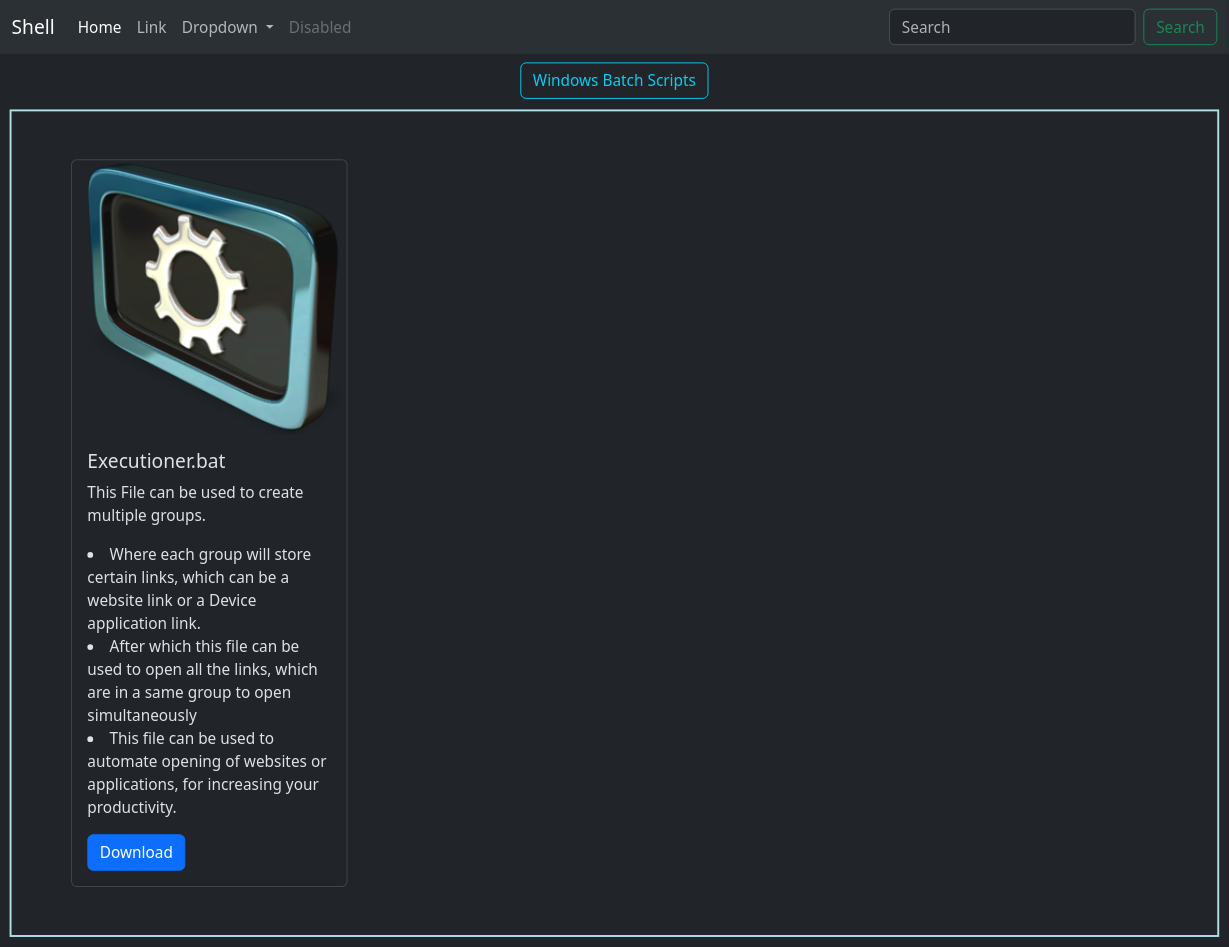
Repository: VictoriousMango/Archive
Page: index.html
The author's editor kept a copy of each file at every save. The page is drawn from the files as they stood at one save, then again after the next save.
The browser window is 1280 px wide. The pictures show the whole page, at 96% of full size.

Above is the page before, as saved 2024-06-06 00:58:00.

After the next save:
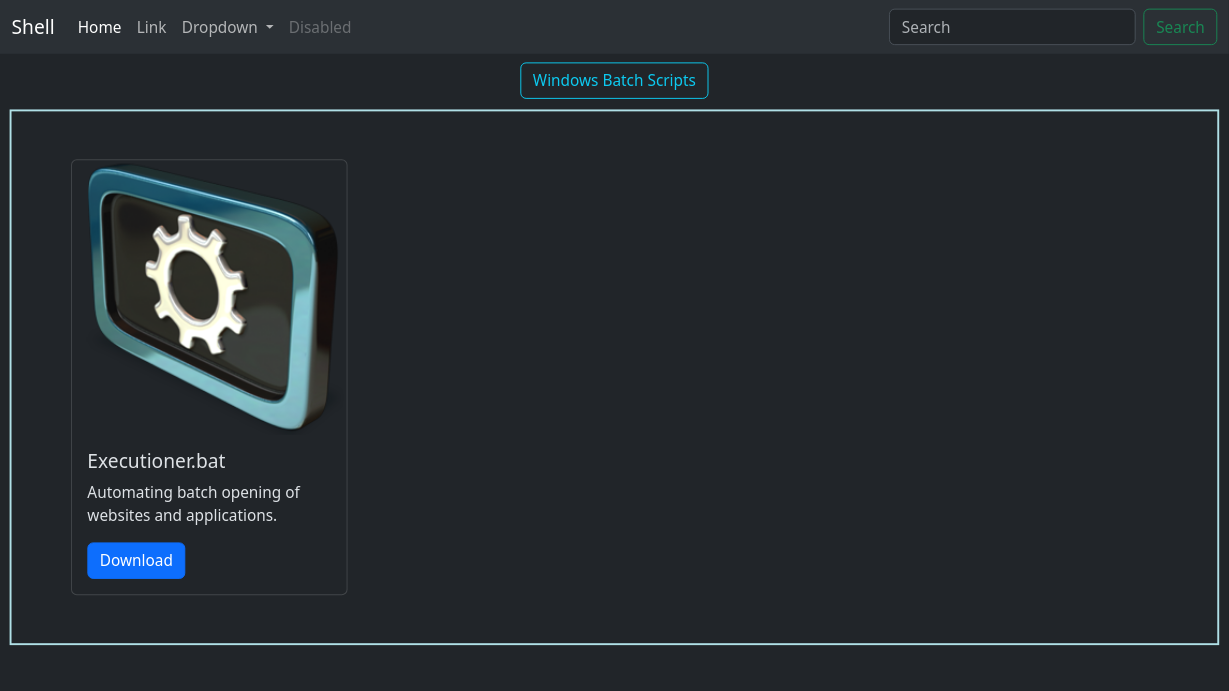
Saved 61 s later.
--- a/index.html
+++ b/index.html
@@ -54,10 +54,7 @@
                     <div class="card-body">
                         <h5 class="card-title">Executioner.bat</h5>
                         <p class="card-text">
-                            This File can be used to create multiple groups.
-                            <li>Where each group will store certain links, which can be a website link or a Device application link.</li>
-                            <li>After which this file can be used to open all the links, which are in a same group to open simultaneously</li>
-                            <li>This file can be used to automate opening of websites or applications, for increasing your productivity.</li>
+                            Automating batch opening of websites and applications.
                         </p>
                         <a href="Groups/Projects/Executioner.bat" class="btn btn-primary" download>Download</a>
                     </div>
